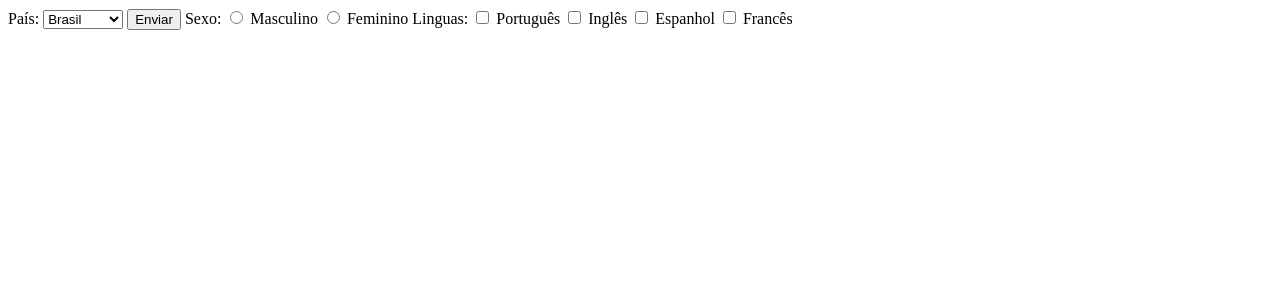
Repository: fcampara/java-web-begin
Page: http://localhost/JavaWeb/Formulario.jsp
An editor plug-in stored every save of this project. The page is shown before and after the next save, followed by the edit.
The browser window is 1280 px wide. The pictures show the whole page.
The page is served by Tomcat 9.

Above is the page before, as saved 2018-09-04 18:27:56.

After the next save:
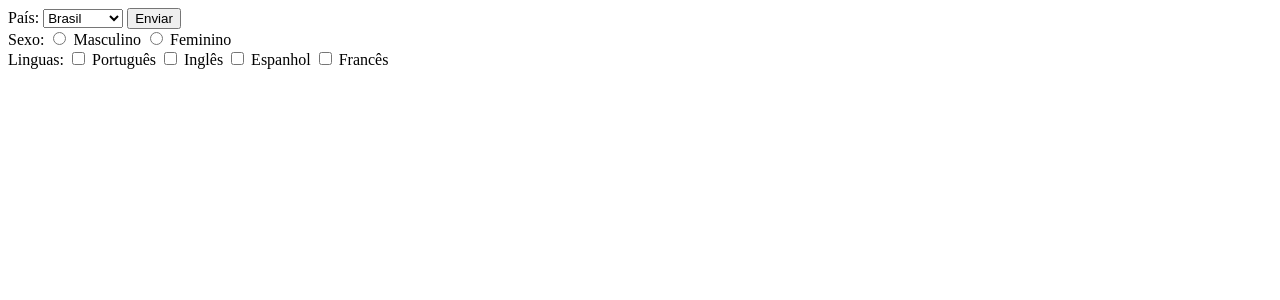
Saved 15 s later.
--- a/JavaWeb/WebContent/Formulario.jsp
+++ b/JavaWeb/WebContent/Formulario.jsp
@@ -18,11 +18,11 @@
 				<option>Japão</option>
 			</select>
 			<input type="submit" value="Enviar"/>
-
+			</br>
 			Sexo:
 			<input type="radio" name="sexo" value="Masculino"/> Masculino
 			<input type="radio" name="sexo" value="Feminino"/> Feminino
-
+			</br>
 			Linguas:
 			<input type="checkbox" name="linguas" value="Português"/> Português
 			<input type="checkbox" name="linguas" value="Inglês"/> Inglês
